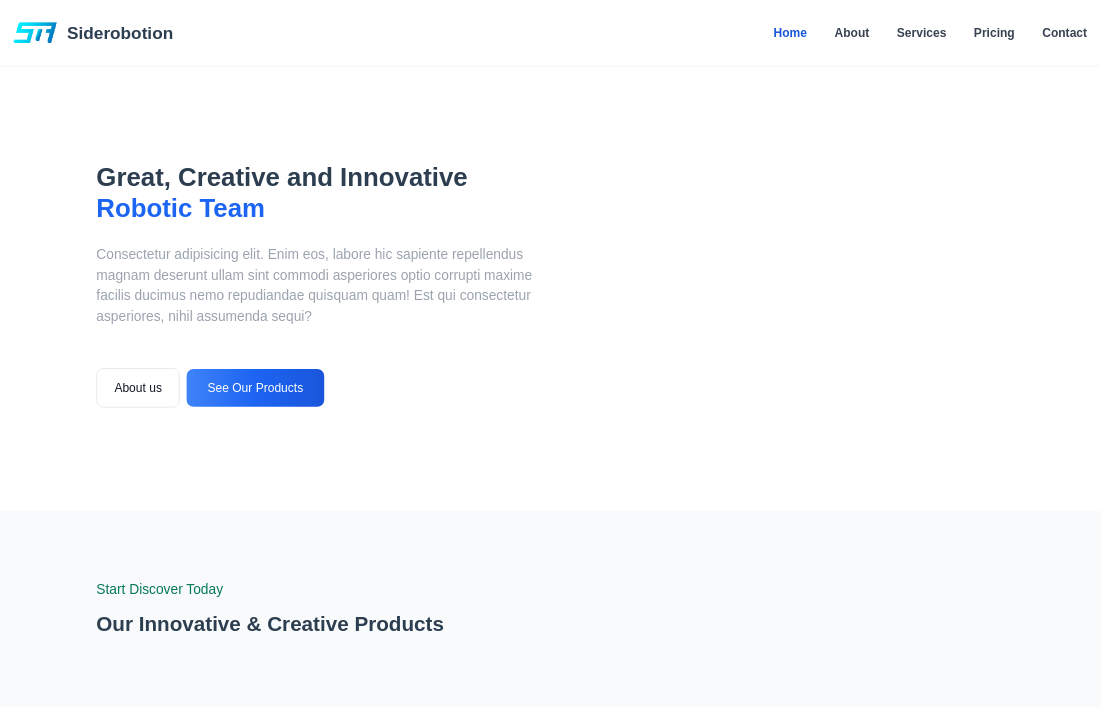
Repository: khulqu15/siderobotion
Page: /
The author's editor kept a copy of each file at every save. The page is drawn from the files as they stood at one save, then again after the next save.
The browser window is 1280 px wide. The pictures show the whole page, at 86% of full size.
The project was rebuilt for these pictures with package versions that can differ from the ones it lists, and the page was loaded fresh each time. Also part of the build but not shown: vue.config.js.

Above is the page before, as saved 2022-06-12 02:26:48.

### src/main.js
import { createApp } from 'vue'
import App from './App.vue'
import './registerServiceWorker'
import router from './router'
import store from './store'
import 'flowbite'
import './index.css'

createApp(App)
  .use(store)
  .use(router)
  .mount('#app')

### src/index.css
@tailwind base;
@tailwind components;
@tailwind utilities;
@import url('https://fonts.googleapis.com/css2?family=Poppins:ital,wght@0,100;0,200;0,300;0,400;0,500;0,600;0,700;0,800;0,900;1,100;1,200;1,300;1,400;1,500;1,600;1,700;1,800;1,900&display=swap');

* {
  font-family: 'Poppins', sans-serif !important;
}

### src/views/HomeView.vue
<template>

  <web-layout>
    <div class="p-28 grid grid-cols-2 gap-4">
      <div class="text-start">
        <h1 class="text-3xl font-semibold">Great, Creative and Innovative <span class="text-blue-600">Robotic Team</span> </h1>
        <p class="text-gray-400 mt-6 mb-12">Consectetur adipisicing elit. Enim eos, labore hic sapiente repellendus magnam deserunt ullam sint commodi asperiores optio corrupti maxime facilis ducimus nemo repudiandae quisquam quam! Est qui consectetur asperiores, nihil assumenda sequi?</p>
        <button type="button" class="py-3 px-5 mr-2 mb-2 text-sm font-medium text-gray-900 focus:outline-none bg-white rounded-lg border border-gray-200 hover:bg-gray-100 hover:text-blue-700 focus:z-10 focus:ring-4 focus:ring-gray-200">About us</button>
        <button type="button" class="text-white bg-gradient-to-r from-blue-500 via-blue-600 to-blue-700 hover:bg-gradient-to-br focus:ring-4 focus:outline-none focus:ring-blue-300 dark:focus:ring-blue-800 font-medium rounded-lg text-sm px-6 py-3 text-center mr-2 mb-2">See Our Products</button>
      </div>
    </div>

    <div class="px-28 py-20 bg-gray-50">
      <div class="text-start">
        <p class="mb-3 text-green-600">Start Discover Today</p>
        <h1 class="text-2xl font-semibold">Our Innovative & Creative Products</h1>
      </div>
    </div>
  </web-layout>

</template>

<script>
import WebLayout from '@/layouts/WebLayout.vue'
export default {
  name: 'HomeView',
  components: {
    WebLayout
  }
}
</script>

### src/layouts/WebLayout.vue
<template>
  <div id="app-web">
    <div id="nav">
      <navigation-header/>
    </div>
    <div id="body-content">
      <slot id="content"></slot>
    </div>
  </div>
</template>

<script>
import NavigationHeader from '@/components/NavigationHeader.vue'
export default {
  components: {
    NavigationHeader
  }
}
</script>

### src/components/NavigationHeader.vue
<template>
  <div>
    <nav class="bg-white border-gray-200 px-2 sm:px-4 py-6 shadow-sm rounded dark:bg-gray-800">
      <div class="container flex flex-wrap justify-between items-center mx-auto">
        <a href="/" class="flex items-center">
          <img :src="require('@/assets/logo.webp')" class="mr-3 h-4 sm:h-6" alt="Siderobotion Logo">
          <span class="self-center text-xl font-semibold whitespace-nowrap dark:text-white">Siderobotion</span>
        </a>
        <button data-collapse-toggle="mobile-menu" type="button" class="inline-flex items-center p-2 ml-3 text-sm text-gray-500 rounded-lg md:hidden hover:bg-gray-100 focus:outline-none focus:ring-2 focus:ring-gray-200 dark:text-gray-400 dark:hover:bg-gray-700 dark:focus:ring-gray-600" aria-controls="mobile-menu" aria-expanded="false">
          <span class="sr-only">Open main menu</span>
          <svg class="w-6 h-6" fill="currentColor" viewBox="0 0 20 20" xmlns="http://www.w3.org/2000/svg"><path fill-rule="evenodd" d="M3 5a1 1 0 011-1h12a1 1 0 110 2H4a1 1 0 01-1-1zM3 10a1 1 0 011-1h12a1 1 0 110 2H4a1 1 0 01-1-1zM3 15a1 1 0 011-1h12a1 1 0 110 2H4a1 1 0 01-1-1z" clip-rule="evenodd"></path></svg>
          <svg class="hidden w-6 h-6" fill="currentColor" viewBox="0 0 20 20" xmlns="http://www.w3.org/2000/svg"><path fill-rule="evenodd" d="M4.293 4.293a1 1 0 011.414 0L10 8.586l4.293-4.293a1 1 0 111.414 1.414L11.414 10l4.293 4.293a1 1 0 01-1.414 1.414L10 11.414l-4.293 4.293a1 1 0 01-1.414-1.414L8.586 10 4.293 5.707a1 1 0 010-1.414z" clip-rule="evenodd"></path></svg>
        </button>
        <div class="hidden w-full md:block md:w-auto" id="mobile-menu">
          <ul class="flex flex-col mt-4 md:flex-row md:space-x-8 md:mt-0 md:text-sm md:font-medium">
            <li>
              <a href="#" class="block py-2 pr-4 pl-3 text-white bg-blue-700 rounded md:bg-transparent md:text-blue-700 md:p-0 dark:text-white" aria-current="page">Home</a>
            </li>
            <li>
              <a href="#" class="block py-2 pr-4 pl-3 text-gray-700 border-b border-gray-100 hover:bg-gray-50 md:hover:bg-transparent md:border-0 md:hover:text-blue-700 md:p-0 dark:text-gray-400 md:dark:hover:text-white dark:hover:bg-gray-700 dark:hover:text-white md:dark:hover:bg-transparent dark:border-gray-700">About</a>
            </li>
            <li>
              <a href="#" class="block py-2 pr-4 pl-3 text-gray-700 border-b border-gray-100 hover:bg-gray-50 md:hover:bg-transparent md:border-0 md:hover:text-blue-700 md:p-0 dark:text-gray-400 md:dark:hover:text-white dark:hover:bg-gray-700 dark:hover:text-white md:dark:hover:bg-transparent dark:border-gray-700">Services</a>
            </li>
            <li>
              <a href="#" class="block py-2 pr-4 pl-3 text-gray-700 border-b border-gray-100 hover:bg-gray-50 md:hover:bg-transparent md:border-0 md:hover:text-blue-700 md:p-0 dark:text-gray-400 md:dark:hover:text-white dark:hover:bg-gray-700 dark:hover:text-white md:dark:hover:bg-transparent dark:border-gray-700">Pricing</a>
            </li>
            <li>
              <a href="#" class="block py-2 pr-4 pl-3 text-gray-700 hover:bg-gray-50 md:hover:bg-transparent md:border-0 md:hover:text-blue-700 md:p-0 dark:text-gray-400 md:dark:hover:text-white dark:hover:bg-gray-700 dark:hover:text-white md:dark:hover:bg-transparent">Contact</a>
            </li>
          </ul>
        </div>
      </div>
    </nav>

  </div>
</template>

### tailwind.config.js
module.exports = {

  content: [
    "./index.html",
    "./src/**/*.{vue,js,ts,jsx,tsx}",
    "./node_modules/flowbite/**/*.js",
  ],
  theme: {
    extend: {},
  },
  plugins: [
    require('flowbite/plugin')
  ]

}

Loaded but not shown: public/index.html (common file); src/App.vue (common file); src/registerServiceWorker.js (common file); src/router/index.js (common file); src/store/index.js (common file)

After the next save:
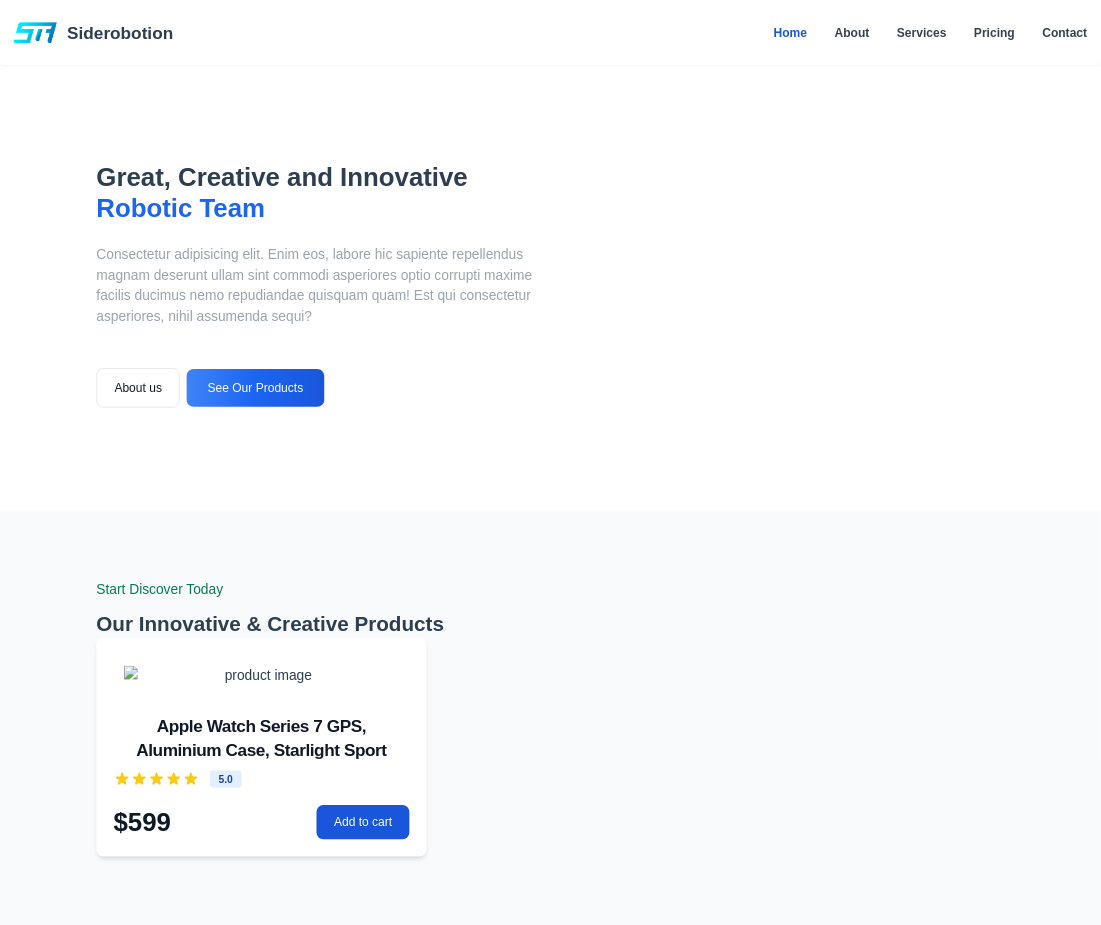
Not found: docs/images/products/product-1.png
Saved 84 s later.
--- a/src/views/HomeView.vue
+++ b/src/views/HomeView.vue
@@ -15,6 +15,30 @@
         <p class="mb-3 text-green-600">Start Discover Today</p>
         <h1 class="text-2xl font-semibold">Our Innovative & Creative Products</h1>
       </div>
+      <div>
+        <div class="max-w-sm bg-white rounded-lg shadow-md dark:bg-gray-800 dark:border-gray-700">
+          <a href="#">
+            <img class="p-8 rounded-t-lg" src="/docs/images/products/product-1.png" alt="product image" />
+          </a>
+          <div class="px-5 pb-5">
+            <a href="#">
+              <h5 class="text-xl font-semibold tracking-tight text-gray-900 dark:text-white">Apple Watch Series 7 GPS, Aluminium Case, Starlight Sport</h5>
+            </a>
+            <div class="flex items-center mt-2.5 mb-5">
+              <svg class="w-5 h-5 text-yellow-300" fill="currentColor" viewBox="0 0 20 20" xmlns="http://www.w3.org/2000/svg"><path d="M9.049 2.927c.3-.921 1.603-.921 1.902 0l1.07 3.292a1 1 0 00.95.69h3.462c.969 0 1.371 1.24.588 1.81l-2.8 2.034a1 1 0 00-.364 1.118l1.07 3.292c.3.921-.755 1.688-1.54 1.118l-2.8-2.034a1 1 0 00-1.175 0l-2.8 2.034c-.784.57-1.838-.197-1.539-1.118l1.07-3.292a1 1 0 00-.364-1.118L2.98 8.72c-.783-.57-.38-1.81.588-1.81h3.461a1 1 0 00.951-.69l1.07-3.292z"></path></svg>
+              <svg class="w-5 h-5 text-yellow-300" fill="currentColor" viewBox="0 0 20 20" xmlns="http://www.w3.org/2000/svg"><path d="M9.049 2.927c.3-.921 1.603-.921 1.902 0l1.07 3.292a1 1 0 00.95.69h3.462c.969 0 1.371 1.24.588 1.81l-2.8 2.034a1 1 0 00-.364 1.118l1.07 3.292c.3.921-.755 1.688-1.54 1.118l-2.8-2.034a1 1 0 00-1.175 0l-2.8 2.034c-.784.57-1.838-.197-1.539-1.118l1.07-3.292a1 1 0 00-.364-1.118L2.98 8.72c-.783-.57-.38-1.81.588-1.81h3.461a1 1 0 00.951-.69l1.07-3.292z"></path></svg>
+              <svg class="w-5 h-5 text-yellow-300" fill="currentColor" viewBox="0 0 20 20" xmlns="http://www.w3.org/2000/svg"><path d="M9.049 2.927c.3-.921 1.603-.921 1.902 0l1.07 3.292a1 1 0 00.95.69h3.462c.969 0 1.371 1.24.588 1.81l-2.8 2.034a1 1 0 00-.364 1.118l1.07 3.292c.3.921-.755 1.688-1.54 1.118l-2.8-2.034a1 1 0 00-1.175 0l-2.8 2.034c-.784.57-1.838-.197-1.539-1.118l1.07-3.292a1 1 0 00-.364-1.118L2.98 8.72c-.783-.57-.38-1.81.588-1.81h3.461a1 1 0 00.951-.69l1.07-3.292z"></path></svg>
+              <svg class="w-5 h-5 text-yellow-300" fill="currentColor" viewBox="0 0 20 20" xmlns="http://www.w3.org/2000/svg"><path d="M9.049 2.927c.3-.921 1.603-.921 1.902 0l1.07 3.292a1 1 0 00.95.69h3.462c.969 0 1.371 1.24.588 1.81l-2.8 2.034a1 1 0 00-.364 1.118l1.07 3.292c.3.921-.755 1.688-1.54 1.118l-2.8-2.034a1 1 0 00-1.175 0l-2.8 2.034c-.784.57-1.838-.197-1.539-1.118l1.07-3.292a1 1 0 00-.364-1.118L2.98 8.72c-.783-.57-.38-1.81.588-1.81h3.461a1 1 0 00.951-.69l1.07-3.292z"></path></svg>
+              <svg class="w-5 h-5 text-yellow-300" fill="currentColor" viewBox="0 0 20 20" xmlns="http://www.w3.org/2000/svg"><path d="M9.049 2.927c.3-.921 1.603-.921 1.902 0l1.07 3.292a1 1 0 00.95.69h3.462c.969 0 1.371 1.24.588 1.81l-2.8 2.034a1 1 0 00-.364 1.118l1.07 3.292c.3.921-.755 1.688-1.54 1.118l-2.8-2.034a1 1 0 00-1.175 0l-2.8 2.034c-.784.57-1.838-.197-1.539-1.118l1.07-3.292a1 1 0 00-.364-1.118L2.98 8.72c-.783-.57-.38-1.81.588-1.81h3.461a1 1 0 00.951-.69l1.07-3.292z"></path></svg>
+              <span class="bg-blue-100 text-blue-800 text-xs font-semibold mr-2 px-2.5 py-0.5 rounded dark:bg-blue-200 dark:text-blue-800 ml-3">5.0</span>
+            </div>
+            <div class="flex justify-between items-center">
+              <span class="text-3xl font-bold text-gray-900 dark:text-white">$599</span>
+              <a href="#" class="text-white bg-blue-700 hover:bg-blue-800 focus:ring-4 focus:outline-none focus:ring-blue-300 font-medium rounded-lg text-sm px-5 py-2.5 text-center dark:bg-blue-600 dark:hover:bg-blue-700 dark:focus:ring-blue-800">Add to cart</a>
+            </div>
+          </div>
+        </div>
+      </div>
     </div>
   </web-layout>
 

After the save that followed:
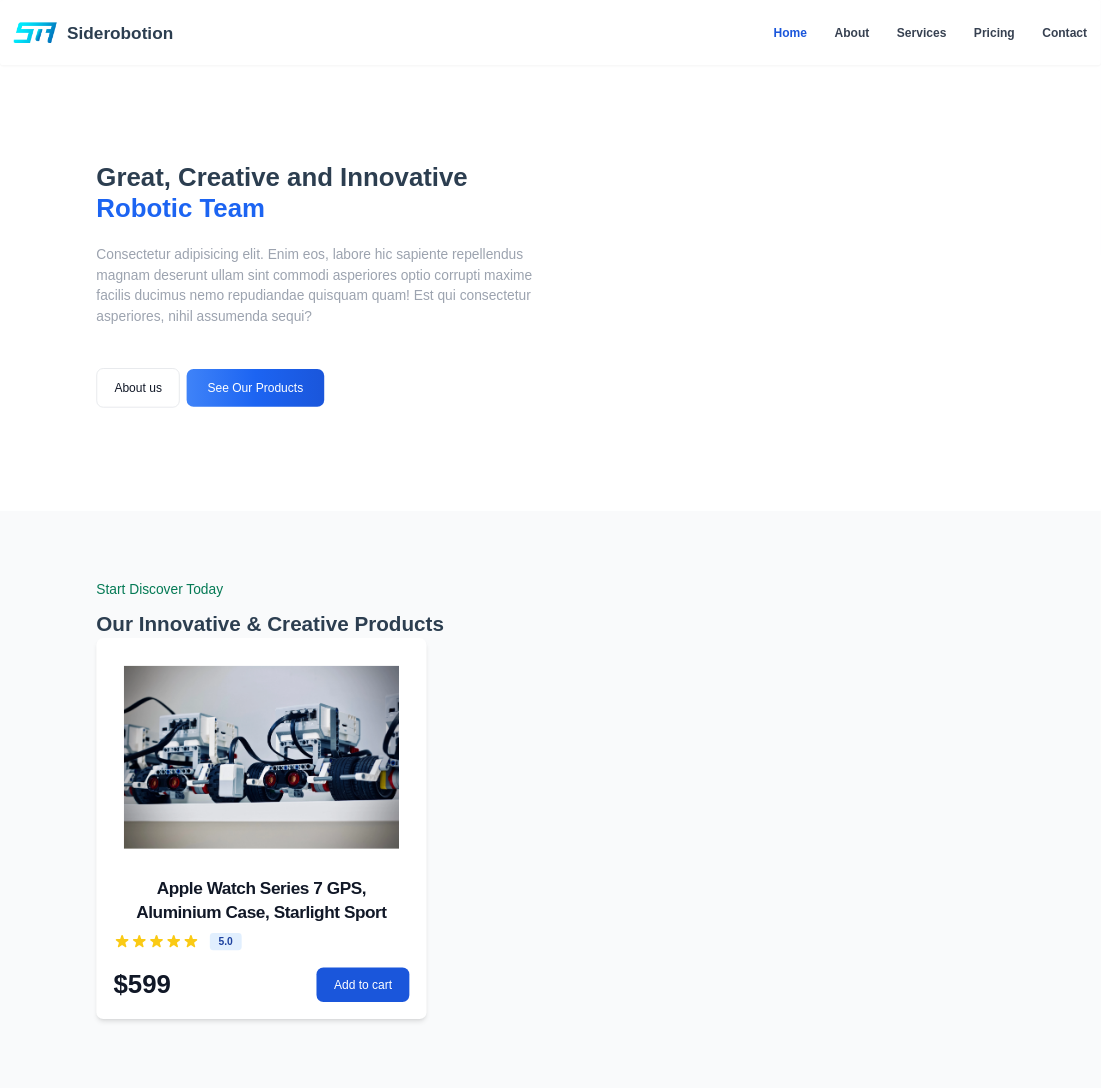
Saved 2 min 40 s later.
--- a/src/views/HomeView.vue
+++ b/src/views/HomeView.vue
@@ -18,7 +18,7 @@
       <div>
         <div class="max-w-sm bg-white rounded-lg shadow-md dark:bg-gray-800 dark:border-gray-700">
           <a href="#">
-            <img class="p-8 rounded-t-lg" src="/docs/images/products/product-1.png" alt="product image" />
+            <img class="p-8 rounded-t-lg" :src="require('@/assets/images/product.webp')" alt="product image" />
           </a>
           <div class="px-5 pb-5">
             <a href="#">
